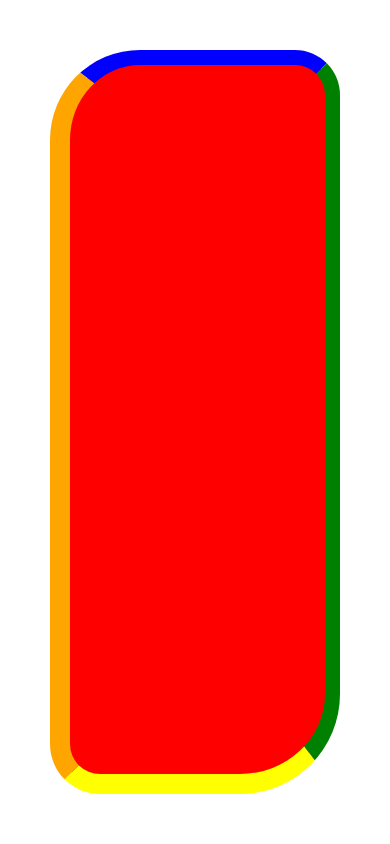
Repository: akinmiday/ReactNativeApp
Screen: /
The author's editor kept a copy of each file at every save. The screen is drawn from the files as they stood at one save, then again after the next save.
The app was drawn by React Native's web renderer in a window 390 px wide. The project was rebuilt for these pictures with package versions that can differ from the ones it lists, and the page was loaded fresh each time.

Above is the screen before, as saved 2023-08-06 16:11:52.

### App.js
import { View, Text } from "react-native";
import styles from "./styles";
import { useState } from "react";

export default function App() {
  const { container } = styles;

  return (
    <View style={container}>
      <Text></Text>
    </View>
  );
}

### styles.js
import { StyleSheet } from "react-native";

const styles = StyleSheet.create({
  container: {
    backgroundColor: "red",
    flex: 1,
    padding: 20,
    margin: 50,
    borderBottomWidth: 20,
    borderTopWidth: 15,
    borderLeftWidth: 20,
    borderRightWidth: 15,
    borderBottomColor: "yellow",
    borderTopColor: "blue",
    borderLeftColor: "orange",
    borderRightColor: "green",
    borderBottomLeftRadius: 50,
    borderBottomRightRadius: 100,
    borderTopLeftRadius: 90,
    borderTopRightRadius: 45,
  },
  input: {
    backgroundColor: "pink",
    marginTop: 20,
    padding: 20,
    marginTop: 20,
    marginBottom: 20,
  },
  text: {
    color: "red",
    fontSize: 20,
    fontFamily: "Arial",
    fontStyle: "italic",
    fontWeight: "normal",
    letterSpacing: 1,
    textAlign: "auto",
    textDecorationLine: "underline",
    textDecorationColor: "green",
    textTransform: "lowercase",
  },
  button: {
    backgroundColor: "yellow",
    padding: 15,
    alignItems: "center",
    width: "50%",
    alignSelf: "center",
    borderWidth: 5,
    borderColor: "green",
    marginTop: 20,
  },
  item: {
    backgroundColor: "yellow",
    padding: 20,
    marginVertical: 5,
  },
  header: {
    fontSize: 15,
  },
  title: {
    fontSize: 10,
  },
});

export default styles;

After the next save:
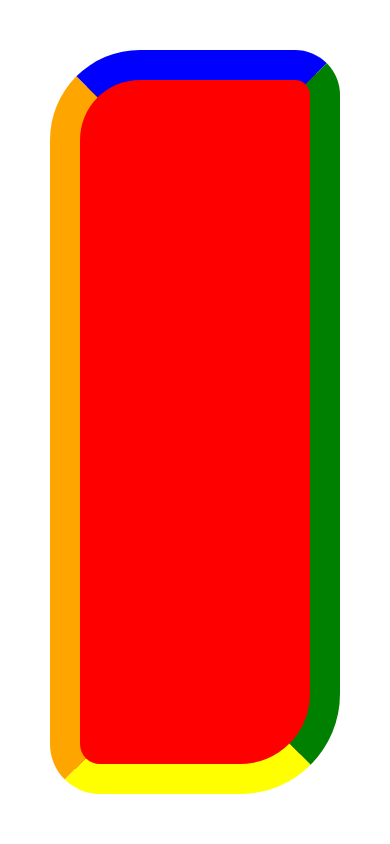
Saved 47 s later.
--- a/styles.js
+++ b/styles.js
@@ -6,10 +6,6 @@ const styles = StyleSheet.create({
     flex: 1,
     padding: 20,
     margin: 50,
-    borderBottomWidth: 20,
-    borderTopWidth: 15,
-    borderLeftWidth: 20,
-    borderRightWidth: 15,
     borderBottomColor: "yellow",
     borderTopColor: "blue",
     borderLeftColor: "orange",
@@ -18,6 +14,7 @@ const styles = StyleSheet.create({
     borderBottomRightRadius: 100,
     borderTopLeftRadius: 90,
     borderTopRightRadius: 45,
+    borderWidth: 30,
   },
   input: {
     backgroundColor: "pink",
